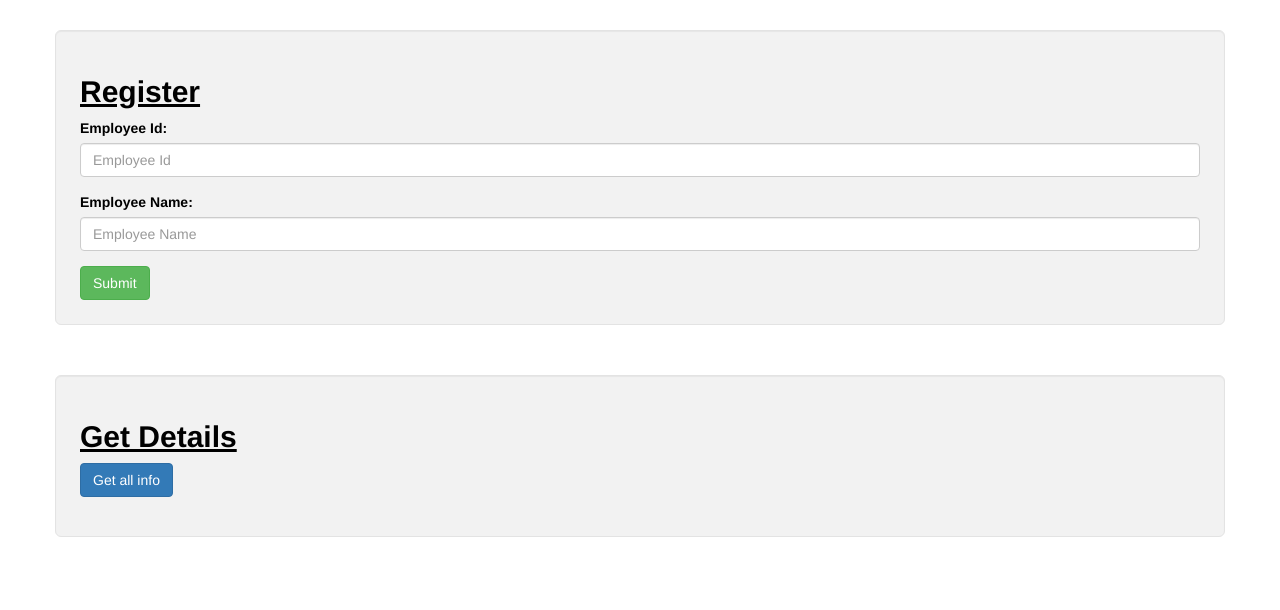
Repository: royakash07/FirstWebApplication
Page: http://localhost/SampleWebApplication/EmployeeProtal.jsp
The author's editor kept a copy of each file at every save. The page is drawn from the files as they stood at one save, then again after the next save.
The browser window is 1280 px wide. The pictures show the whole page.
Some web libraries are served in a nearby version. The page is served by Tomcat 9. Nobody is signed in. The application's start-up code is not run. Other server files are loaded and not shown.

Above is the page before, as saved 2017-11-30 05:20:54.

### SampleWebApplication/WebContent/EmployeeProtal.jsp
<%@ page language="java" contentType="text/html; charset=ISO-8859-1"
    pageEncoding="ISO-8859-1"%>
<!DOCTYPE html PUBLIC "-//W3C//DTD HTML 4.01 Transitional//EN" "http://www.w3.org/TR/html4/loose.dtd">
<html>
<head>
<meta http-equiv="Content-Type" content="text/html; charset=ISO-8859-1">
<title>Portal</title>
  <meta charset="utf-8">
  <meta name="viewport" content="width=device-width, initial-scale=1">
  <link rel="stylesheet" href="https://maxcdn.bootstrapcdn.com/bootstrap/3.3.7/css/bootstrap.min.css">
  <script src="https://ajax.googleapis.com/ajax/libs/jquery/3.2.1/jquery.min.js"></script>
  <script src="https://maxcdn.bootstrapcdn.com/bootstrap/3.3.7/js/bootstrap.min.js"></script>
<style>
.well
{
color:black;
background-color:#F2F2F2;
}

</style>
</head>
<body>
<div style="padding: 30px">
<div class="container well well-lg" >
<h2><strong><u>Register</u></strong></h2>
<form action="Submit" method="post">
<div class="form-group">
  <label for="EmployeeId">Employee Id:</label>
  <input type="text" class="form-control" name="EmployeeId" placeholder="Employee Id" >
  </div>
  <div class="form-group">
  <label for="Name">Employee Name:</label>
  <input type="text" class="form-control" name="Name" placeholder="Employee Name">
  </div>
  <input type="submit"class="btn btn-success" value="Submit">
</form>
</div>
</div>
<div class="container well well-lg">
<h2><strong><u>Get Details</u></strong></h2>
<div class="form-group">
<button type="button" class="btn btn-primary" value="getAllDetails">Get all info</button>
</div>

</div>
</body>
</html>

After the next save:
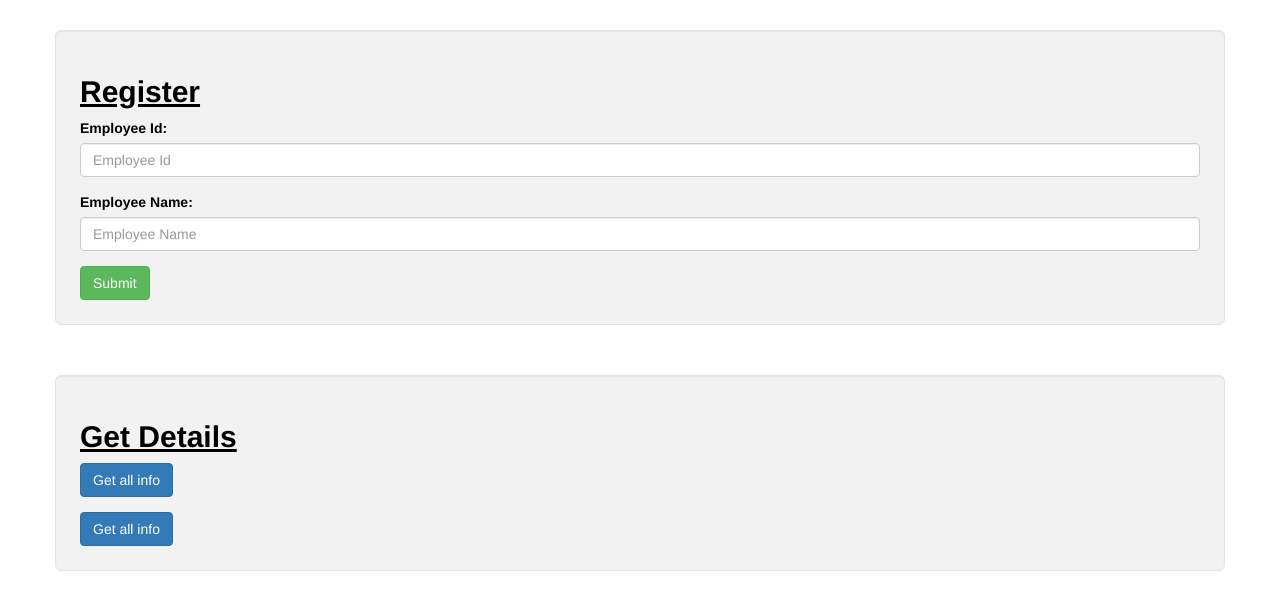
Saved 14 s later.
--- a/SampleWebApplication/WebContent/EmployeeProtal.jsp
+++ b/SampleWebApplication/WebContent/EmployeeProtal.jsp
@@ -41,7 +41,7 @@ background-color:#F2F2F2;
 <div class="form-group">
 <button type="button" class="btn btn-primary" value="getAllDetails">Get all info</button>
 </div>
-
+	<button type="button" class="btn btn-primary" value="getAllDetails">Get all info</button>
 </div>
 </body>
 </html>
